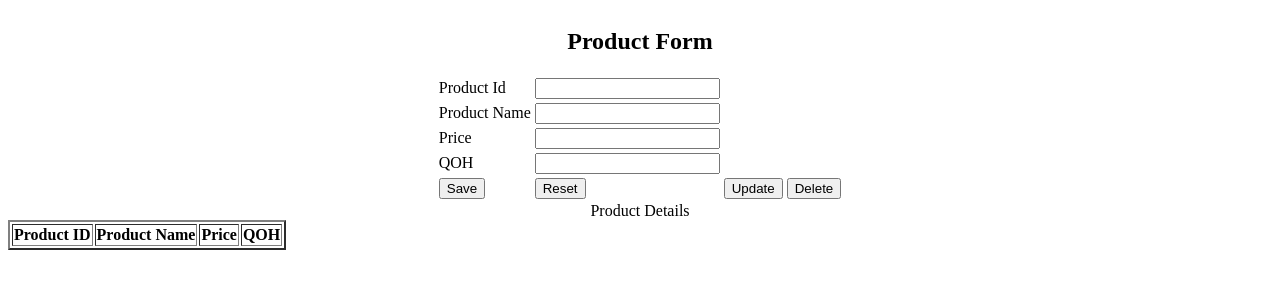
Repository: theplaygod97/Deloitte
Page: http://localhost/Demospringboot/WEB-INF/views/productForm.jsp
The author's editor kept a copy of each file at every save. The page is drawn from the files as they stood at one save, then again after the next save.
The browser window is 1280 px wide. The pictures show the whole page.
The page is served by Tomcat 9. Nobody is signed in. Other server files are loaded and not shown. The template is opened directly, without the code that normally fills it, so the values that code supplies are empty.

Above is the page before, as saved 2020-01-15 05:35:14.

### Day 18/Demospringboot/src/main/webapp/WEB-INF/views/productForm.jsp
<%@ page language="java" contentType="text/html; charset=ISO-8859-1"
    pageEncoding="ISO-8859-1"%>
<%@ taglib uri= "http://www.springframework.org/tags/form" prefix ="f" %>
<%@ taglib uri= "http://java.sun.com/jsp/jstl/core" prefix="c" %>
<!DOCTYPE html>
<html>
<head>
<meta charset="ISO-8859-1">
<title>Product Form</title>
</head>
<body>

<f:form  >
<div align="center">
<table>

<caption> <h2>Product Form</h2></caption>


<tr><td>Product Id</td><td><f:input path="productId" name="productId" id="productId"/></td></tr>

<tr><td>Product Name</td><td><f:input path="productName" name="productName" id="productName"/></td></tr>

<tr><td>Price</td><td><f:input path="price" name="price" id="price"/></td></tr>

<tr><td>QOH</td><td><f:input path="qoh" name="qoh" id="qoh"/> </td></tr>

<tr>
<td><input type="submit" value="Save" formaction="saveProduct"></td>

<td><input type="reset" value="Reset" ></td>

<td><input type="submit" value="Update" formaction="updateProduct"></td>

<td><input type="submit" value="Delete" formaction="deleteProduct"></td>
</tr>

</table>
</div>
</f:form>


<center>Product Details</center>
<table border = 2 allign = "center">
<th>Product ID</th><th>Product Name</th><th>Price</th><th>QOH</th>
	<c:forEach items="${allProducts}" var="product">
	<tr>
	<td><c:out value="${product.productId }"></c:out></td>
	<td><c:out value="${product.productName }"></c:out></td>
	<td><c:out value="${product.price }"></c:out></td>
	<td><c:out value="${product.qoh }"></c:out></td>
	</tr>

</c:forEach>
</table>

After the next save:
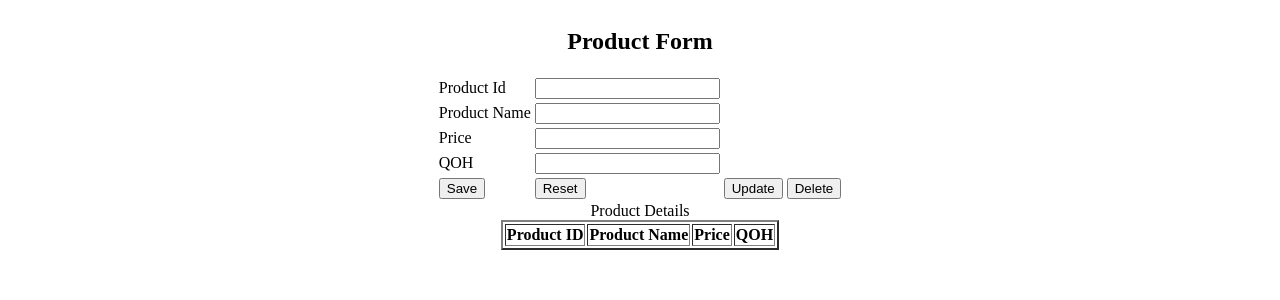
Saved 81 s later.
--- a/Day 18/Demospringboot/src/main/webapp/WEB-INF/views/productForm.jsp
+++ b/Day 18/Demospringboot/src/main/webapp/WEB-INF/views/productForm.jsp
@@ -41,7 +41,8 @@
 
 
 <center>Product Details</center>
-<table border = 2 allign = "center">
+<div align="center">
+<table border = 2 >
 <th>Product ID</th><th>Product Name</th><th>Price</th><th>QOH</th>
 	<c:forEach items="${allProducts}" var="product">
 	<tr>
@@ -53,3 +54,4 @@
 
 </c:forEach>
 </table>
+</div>
